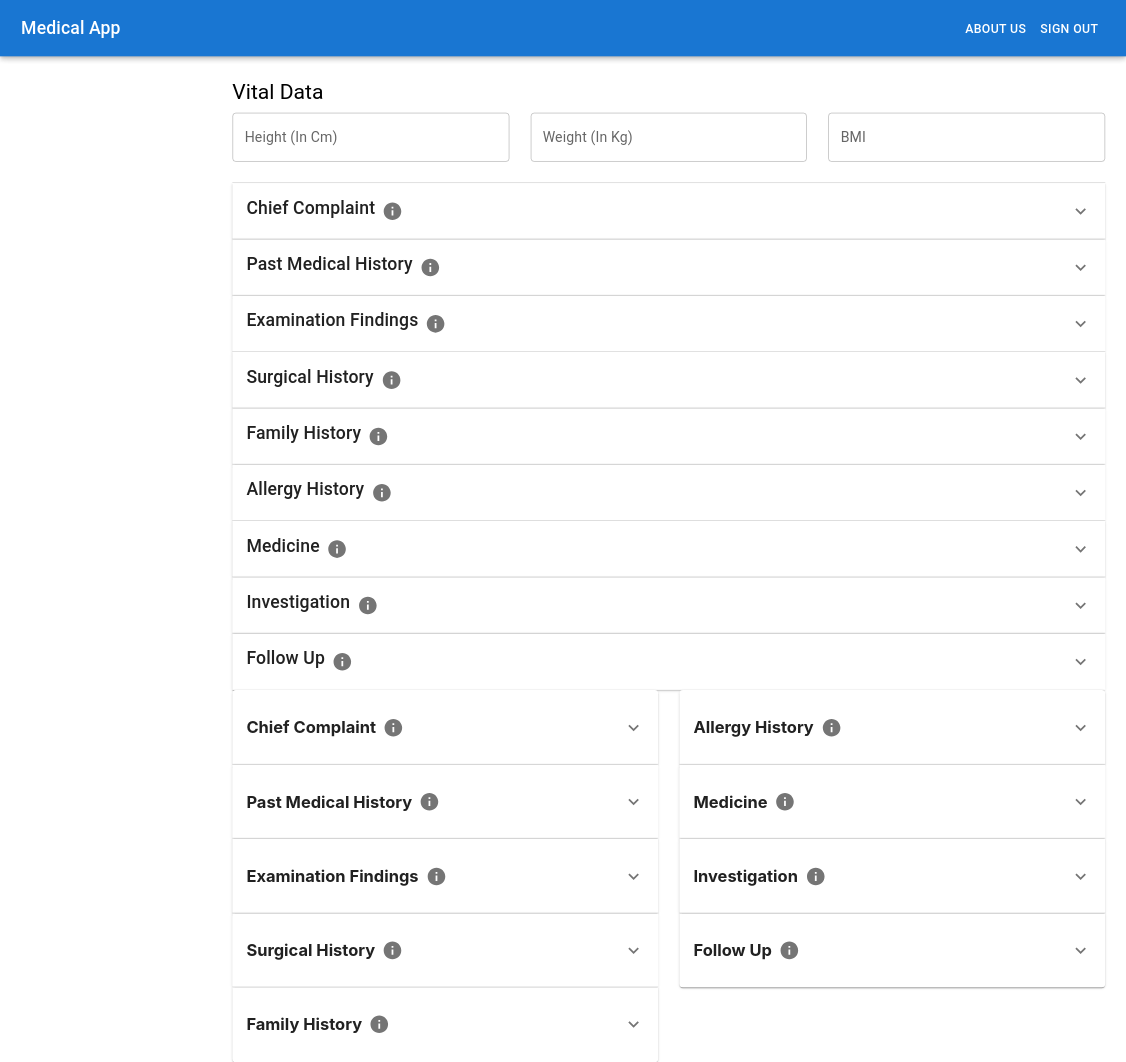
Repository: sshaiv/demo_project
Page: /
These files come from the project's save history. The page is drawn as it stood at one moment and after a run of saves; the edit follows.
The browser window is 1280 px wide. The pictures show the whole page, at 88% of full size.
The project was rebuilt for these pictures with package versions that can differ from the ones it lists, and the page was loaded fresh each time.

Above is the page before, as saved 2024-08-12 20:04:54.

### src/App.js
import React from 'react';
import { Container, Box } from '@mui/material';
import Header from './components/Header';
import VitalData from './components/VitalData';
import AccordionSection from './components/AccordionSection';
import MedicineSection from './components/MedicineSection';
import FollowUpSection from './components/FollowUpSection';
import HistoryDetail from './components/HistoryDetail'; // Import the new component

const App = () => {
  return (
    <div style={{ display: 'flex' }}>
      <Header />
      <Container style={{ marginTop: '64px', marginLeft: '240px' }}>
        <Box mt={3}>
          <VitalData />
          <AccordionSection title="Chief Complaint" />
          <AccordionSection title="Past Medical History" />
          <AccordionSection title="Examination Findings" />
          <AccordionSection title="Surgical History" />
          <AccordionSection title="Family History" />
          <AccordionSection title="Allergy History" />
          <MedicineSection />
          <AccordionSection title="Investigation" />
          <FollowUpSection />
          <HistoryDetail /> {/* Add the HistoryDetail component here */}
        </Box>
      </Container>
    </div>
  );
};

export default App;

### src/components/Header.js
import React from 'react';
import { AppBar, Toolbar, Typography, Button } from '@mui/material';

const Header = () => {
  return (
    <AppBar position="fixed">
      <Toolbar>
        <Typography variant="h6" style={{ flexGrow: 1 }}>
          Medical App
        </Typography>
        <Button color="inherit">About Us</Button>
        <Button color="inherit">Sign Out</Button>
      </Toolbar>
    </AppBar>
  );
};

export default Header;

### src/components/VitalData.js
import React from 'react';
import { TextField, Grid, Box, Typography } from '@mui/material';

const VitalData = () => {
  return (
    <Box mb={3}>
      <Typography variant="h5" gutterBottom>
        Vital Data
      </Typography>
      <Grid container spacing={3}>
        <Grid item xs={12} sm={6} md={4}>
          <TextField label="Height (In Cm)" fullWidth />
        </Grid>
        <Grid item xs={12} sm={6} md={4}>
          <TextField label="Weight (In Kg)" fullWidth />
        </Grid>
        <Grid item xs={12} sm={6} md={4}>
          <TextField label="BMI" fullWidth />
        </Grid>
        {/* Add more fields as necessary */}
      </Grid>
    </Box>
  );
};

export default VitalData;

### src/components/AccordionSection.js
import React from 'react';
import { Accordion, AccordionSummary, AccordionDetails, TextField, Typography } from '@mui/material';
import ExpandMoreIcon from '@mui/icons-material/ExpandMore';
import InfoIcon from '@mui/icons-material/Info';
import IconButton from '@mui/material/IconButton';

const AccordionSection = ({ title }) => {
  return (
    <Accordion>
      <AccordionSummary expandIcon={<ExpandMoreIcon />}>
        <Typography variant="h6">{title}</Typography>
        <IconButton>
          <InfoIcon />
        </IconButton>
      </AccordionSummary>
      <AccordionDetails>
        <TextField label={`Search ${title}`} fullWidth margin="normal" />
      </AccordionDetails>
    </Accordion>
  );
};

export default AccordionSection;

### src/components/MedicineSection.js
import React from 'react';
import { Accordion, AccordionSummary, AccordionDetails, TextField, Typography, Box, Grid, Button } from '@mui/material';
import ExpandMoreIcon from '@mui/icons-material/ExpandMore';
import InfoIcon from '@mui/icons-material/Info';
import IconButton from '@mui/material/IconButton';

const MedicineSection = () => {
  return (
    <Accordion>
      <AccordionSummary expandIcon={<ExpandMoreIcon />}>
        <Typography variant="h6">Medicine</Typography>
        <IconButton>
          <InfoIcon />
        </IconButton>
      </AccordionSummary>
      <AccordionDetails>
        <Box>
          <TextField label="Search Medicine" fullWidth margin="normal" />
          <TextField label="Search Generic Medicine" fullWidth margin="normal" />
          <Grid container spacing={3}>
            <Grid item xs={12} sm={6} md={4}>
              <TextField label="Unit" fullWidth />
            </Grid>
            <Grid item xs={12} sm={6} md={4}>
              <TextField label="Frequency" fullWidth />
            </Grid>
            <Grid item xs={12} sm={6} md={4}>
              <TextField label="Duration" fullWidth />
            </Grid>
            <Grid item xs={12} sm={6} md={4}>
              <TextField label="Start From" fullWidth />
            </Grid>
            <Grid item xs={12} sm={6} md={4}>
              <TextField label="Instruction" fullWidth />
            </Grid>
          </Grid>
          <Button variant="contained" color="primary" style={{ marginTop: '16px' }}>
            Create New Template
          </Button>
        </Box>
      </AccordionDetails>
    </Accordion>
  );
};

export default MedicineSection;

### src/components/FollowUpSection.js
import React from 'react';
import { Accordion, AccordionSummary, AccordionDetails, TextField, Typography, Grid, Button } from '@mui/material';
import ExpandMoreIcon from '@mui/icons-material/ExpandMore';
import InfoIcon from '@mui/icons-material/Info';
import IconButton from '@mui/material/IconButton';

const FollowUpSection = () => {
  return (
    <Accordion>
      <AccordionSummary expandIcon={<ExpandMoreIcon />}>
        <Typography variant="h6">Follow Up</Typography>
        <IconButton>
          <InfoIcon />
        </IconButton>
      </AccordionSummary>
      <AccordionDetails>
        <Grid container spacing={3}>
          <Grid item xs={12} sm={6}>
            <TextField label="Date Time" fullWidth />
          </Grid>
          <Grid item xs={12} sm={6}>
            <TextField label="Remark" fullWidth />
          </Grid>
          <Grid item xs={12} sm={6}>
            <TextField label="Refer Doctor" fullWidth />
          </Grid>
          <Grid item xs={12} sm={6}>
            <TextField label="Remark" fullWidth />
          </Grid>
        </Grid>
        <Button variant="contained" color="primary" style={{ marginTop: '16px' }}>
          Follow Up Save
        </Button>
      </AccordionDetails>
    </Accordion>
  );
};

export default FollowUpSection;

### src/components/HistoryDetail.js
import React from 'react';
import { Grid, Accordion, AccordionSummary, AccordionDetails, TextField } from '@mui/material';
import ExpandMoreIcon from '@mui/icons-material/ExpandMore';
import IconButton from '@mui/material/IconButton';
import InfoIcon from '@mui/icons-material/Info';

const sections = [
  { title: 'Chief Complaint', fields: ['Symptoms'] },
  { title: 'Past Medical History', fields: ['Search Past Medical'] },
  { title: 'Examination Findings', fields: ['Search Findings'] },
  { title: 'Surgical History', fields: ['Search Findings'] },
  { title: 'Family History', fields: [] },
  { title: 'Allergy History', fields: ['Search Allergy'] },
  { title: 'Medicine', fields: ['Search Medicine', 'Search Generic Medicine', 'Template'] },
  { title: 'Investigation', fields: ['Search Investigation'] },
  { title: 'Follow Up', fields: ['Date Time', 'Remark', 'Refer Doctor', 'Remark'] },
];

const HistoryDetail = () => {
  return (
    <Grid container spacing={3}>
      <Grid item xs={12} sm={6}>
        {sections.slice(0, Math.ceil(sections.length / 2)).map((section, index) => (
          <Accordion key={index}>
            <AccordionSummary expandIcon={<ExpandMoreIcon />}>
              <h3>{section.title}</h3>
              <IconButton>
                <InfoIcon />
              </IconButton>
            </AccordionSummary>
            <AccordionDetails>
              {section.fields.map((field, idx) => (
                <TextField key={idx} label={field} fullWidth margin="normal" />
              ))}
            </AccordionDetails>
          </Accordion>
        ))}
      </Grid>
      <Grid item xs={12} sm={6}>
        {sections.slice(Math.ceil(sections.length / 2)).map((section, index) => (
          <Accordion key={index}>
            <AccordionSummary expandIcon={<ExpandMoreIcon />}>
              <h3>{section.title}</h3>
              <IconButton>
                <InfoIcon />
              </IconButton>
            </AccordionSummary>
            <AccordionDetails>
              {section.fields.map((field, idx) => (
                <TextField key={idx} label={field} fullWidth margin="normal" />
              ))}
            </AccordionDetails>
          </Accordion>
        ))}
      </Grid>
    </Grid>
  );
};

export default HistoryDetail;

Loaded but not shown: public/index.html (common file); src/index.js (common file); src/index.css (common file)

After the next 4 saves:
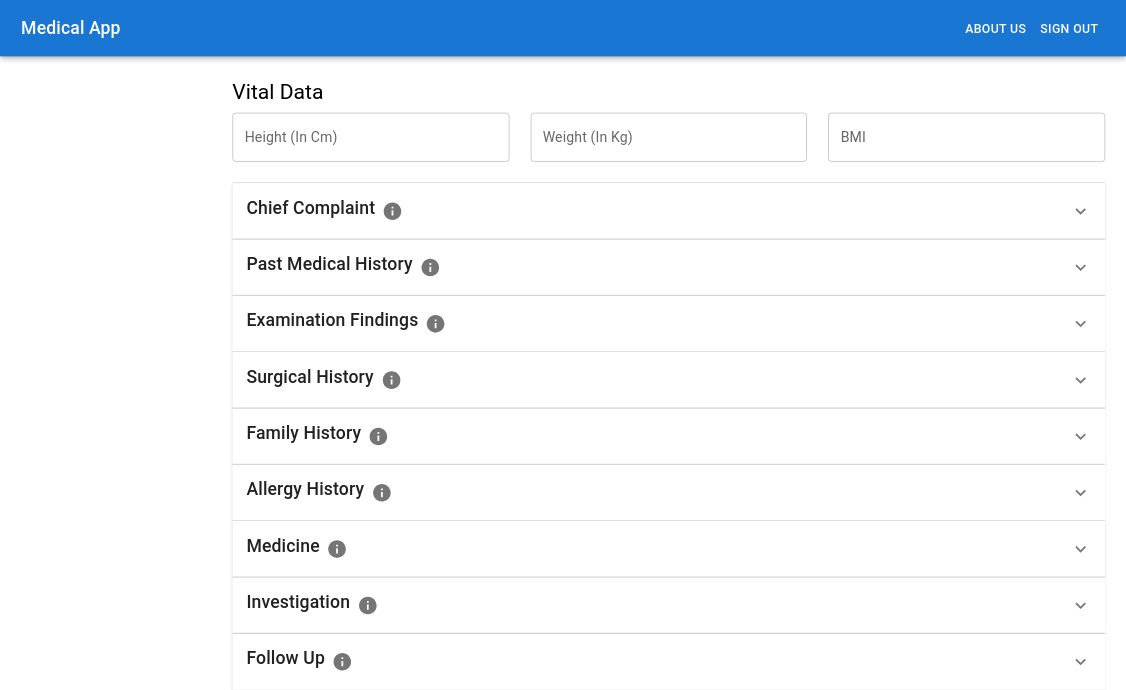
The 4 saves are shown as one change because 1 did not build or start and some came seconds apart.
The last was saved 89 s later.
--- a/src/components/HistoryDetail.js
+++ b/src/components/HistoryDetail.js
@@ -18,42 +18,9 @@ const sections = [
 
 const HistoryDetail = () => {
   return (
-    <Grid container spacing={3}>
-      <Grid item xs={12} sm={6}>
-        {sections.slice(0, Math.ceil(sections.length / 2)).map((section, index) => (
-          <Accordion key={index}>
-            <AccordionSummary expandIcon={<ExpandMoreIcon />}>
-              <h3>{section.title}</h3>
-              <IconButton>
-                <InfoIcon />
-              </IconButton>
-            </AccordionSummary>
-            <AccordionDetails>
-              {section.fields.map((field, idx) => (
-                <TextField key={idx} label={field} fullWidth margin="normal" />
-              ))}
-            </AccordionDetails>
-          </Accordion>
-        ))}
-      </Grid>
-      <Grid item xs={12} sm={6}>
-        {sections.slice(Math.ceil(sections.length / 2)).map((section, index) => (
-          <Accordion key={index}>
-            <AccordionSummary expandIcon={<ExpandMoreIcon />}>
-              <h3>{section.title}</h3>
-              <IconButton>
-                <InfoIcon />
-              </IconButton>
-            </AccordionSummary>
-            <AccordionDetails>
-              {section.fields.map((field, idx) => (
-                <TextField key={idx} label={field} fullWidth margin="normal" />
-              ))}
-            </AccordionDetails>
-          </Accordion>
-        ))}
-      </Grid>
-    </Grid>
+    <div>
+
+    </div>
   );
 };
 
